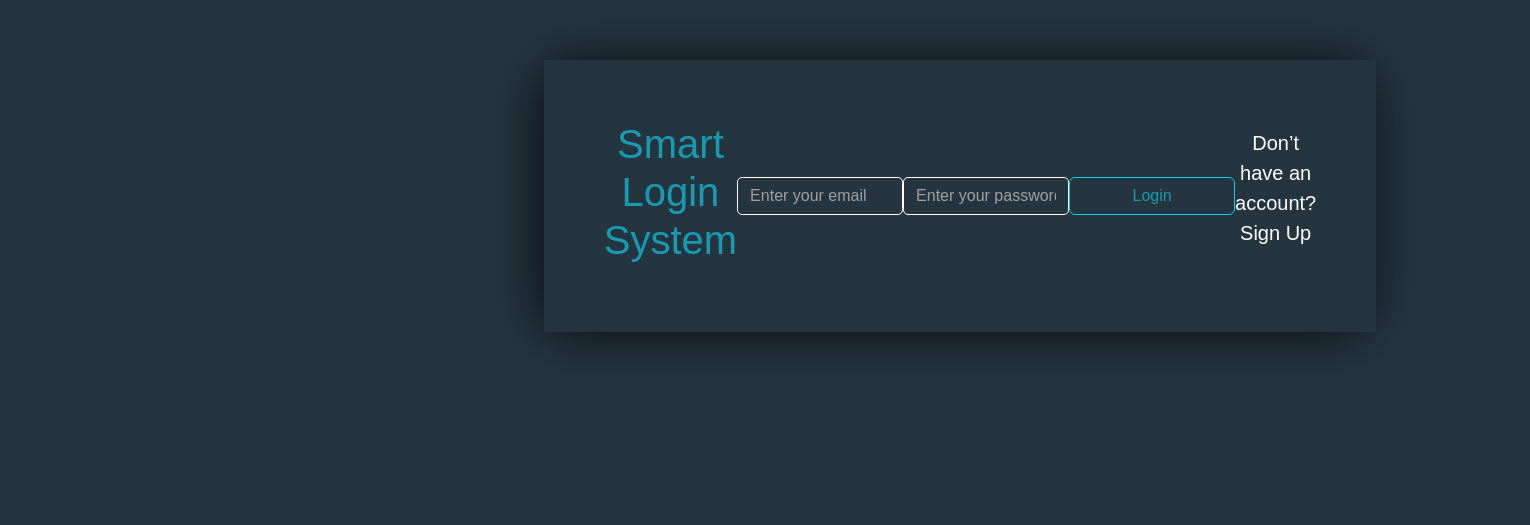
Repository: bodajava/TASK-4
Page: index.html
An editor plug-in stored every save of this project. The page is shown before and after the next save, followed by the edit.
The browser window is 1280 px wide. The page is 1530 px wide, so the pictures cover 1530 px, including what lies to the right of the window. The pictures show the whole page.

Above is the page before, as saved 2025-06-19 10:22:05.

After the next save:
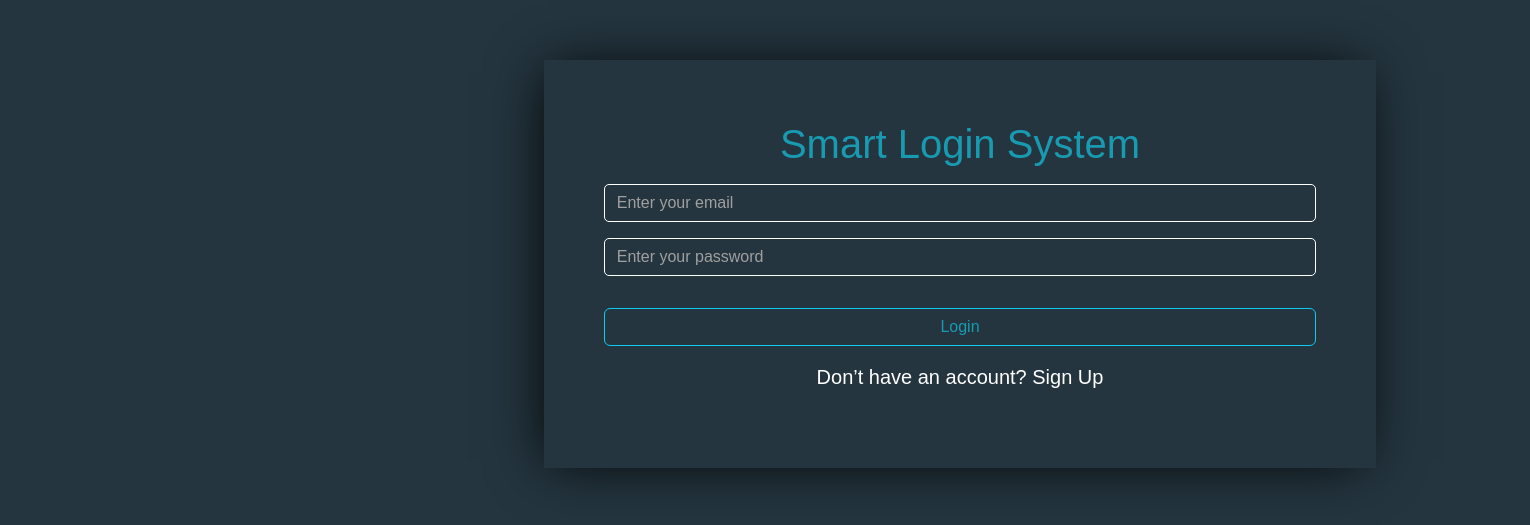
Saved 5 s later.
--- a/CSS/style.css
+++ b/CSS/style.css
@@ -25,10 +25,6 @@
   padding-right: 60px;
   padding-top: 60px;
   padding-bottom: 60px;
-  display: flex;
-  justify-content: center;
-  align-content: center;
-  align-items: center;
 }
 
 h1 {

After the save that followed:
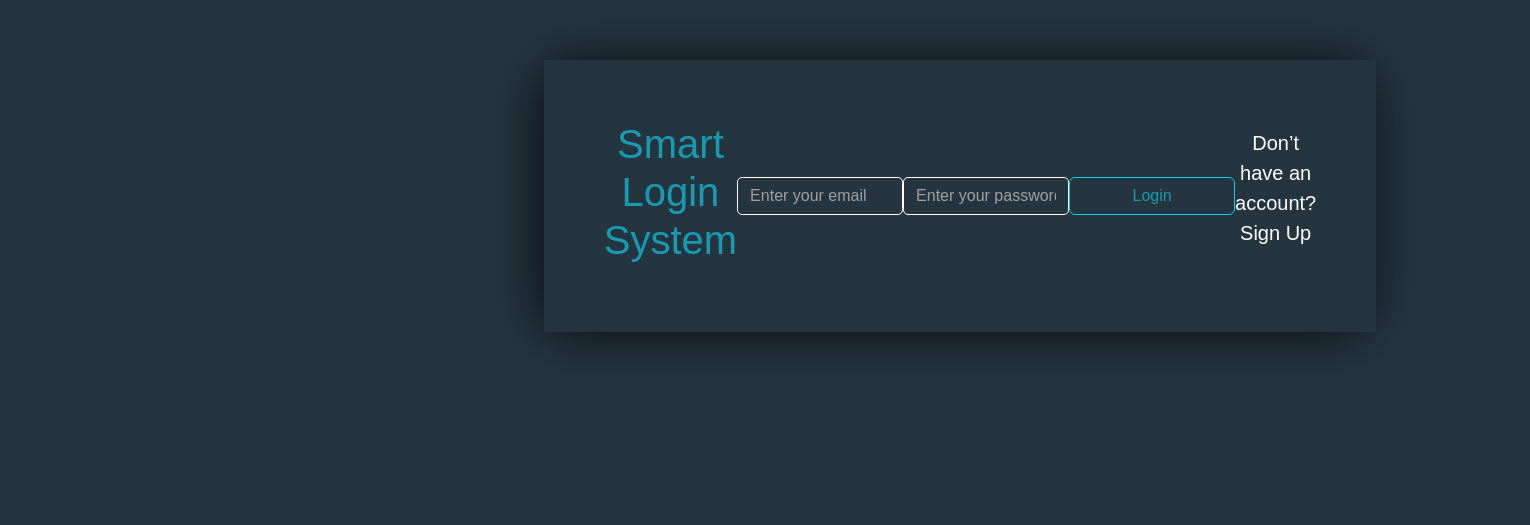
Saved 21 s later.
--- a/CSS/style.css
+++ b/CSS/style.css
@@ -25,6 +25,10 @@
   padding-right: 60px;
   padding-top: 60px;
   padding-bottom: 60px;
+  display: flex;
+  justify-content: center;
+
+  align-items: center;
 }
 
 h1 {
